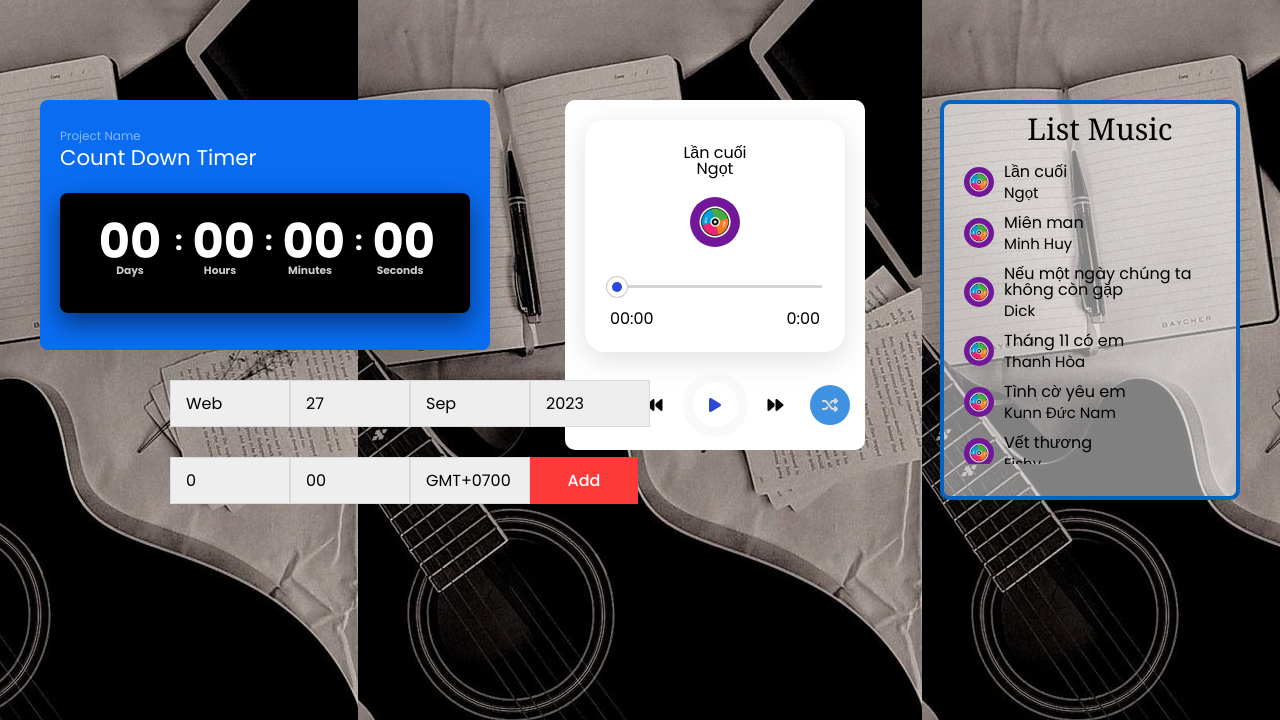
Repository: thuanpham00/CountDownTimer
Page: index.html
An editor plug-in stored every save of this project. The page is shown before and after the next save, followed by the edit.
The browser window is 1280 px wide. The pictures show the whole page.
Some web libraries are served in a nearby version. The style sheet was rebuilt from its Sass, Less or Tailwind sources for each picture, by a compiler version that may differ from the author's.

Above is the page before, as saved 2023-10-12 22:41:14.

After the next save:
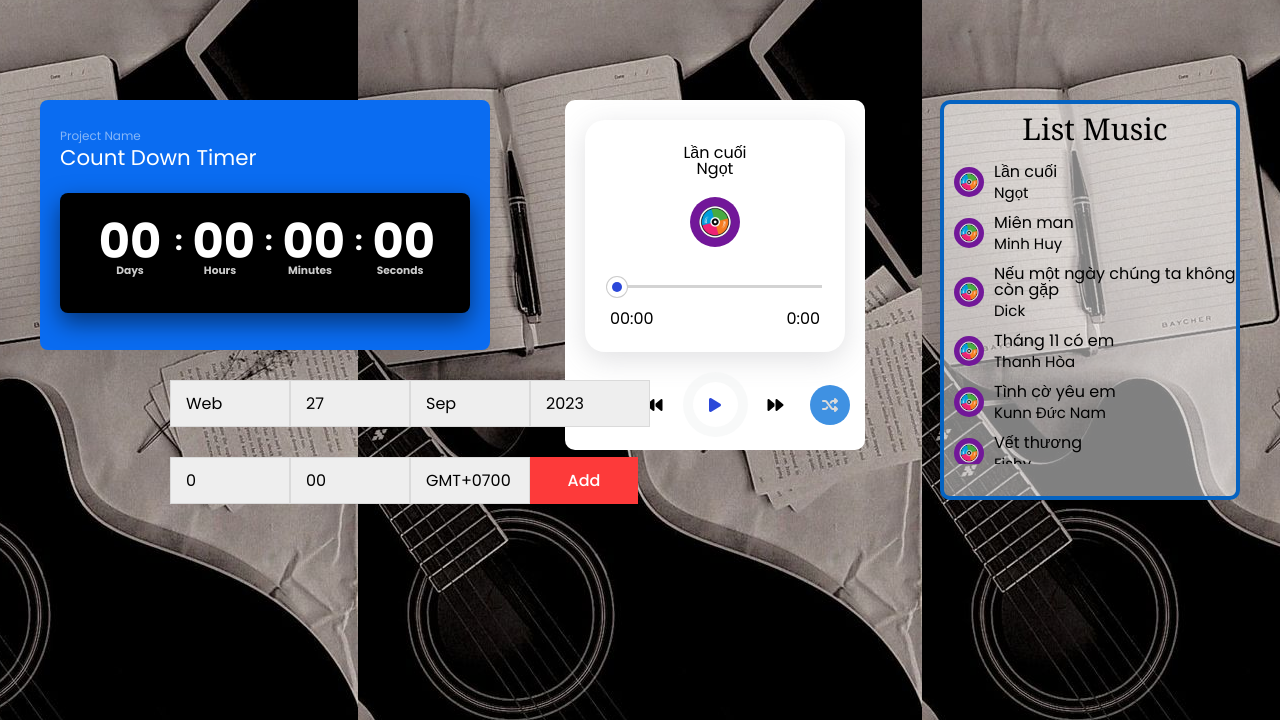
Saved 13 s later.
--- a/scss/main.scss
+++ b/scss/main.scss
@@ -290,7 +290,7 @@ body {
         max-width: 300px;
         background: rgba(255, 255, 255, 0.5);
         border-radius: 10px;
-        padding: 10px 0 10px 20px;
+        padding: 10px 0 10px 10px;
         border: 4px solid rgb(5, 99, 193);
 
         &__title {
